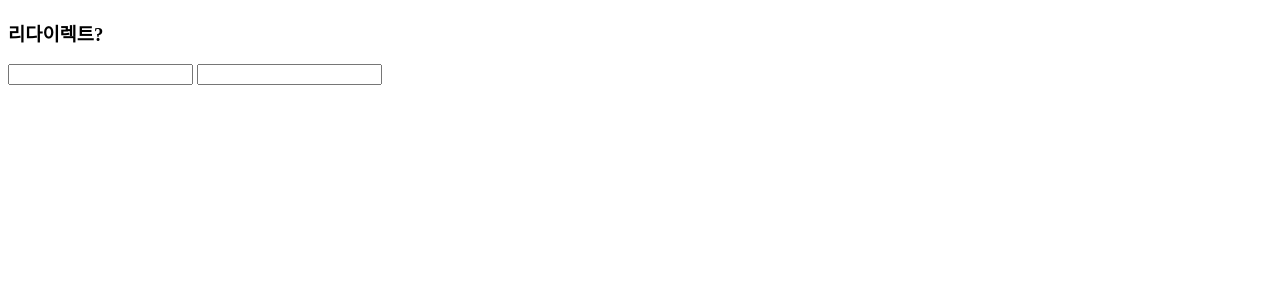
Repository: FORrri/SpringBasic
Page: http://localhost/SpringBasic/response/login
An editor plug-in stored every save of this project. The page is shown before and after the next save, followed by the edit.
The browser window is 1280 px wide. The pictures show the whole page.
The page is served by Tomcat 9. Other server files are loaded and not shown.

Above is the page before, as saved 2024-08-02 03:41:16.

### SpringBasic/src/main/webapp/WEB-INF/views/response/login.jsp
<%@ page language="java" contentType="text/html; charset=UTF-8"
    pageEncoding="UTF-8"%>
<!DOCTYPE html>
<html>
<head>
<meta charset="UTF-8">
<title>Insert title here</title>
</head>
<body>

	<h3>리다이렉트?</h3>

	<form action="loginForm" method="post">
		<input type="text" name="id">
		<input type="password" name="pw">
	</form>

</body>
</html>

After the next save:
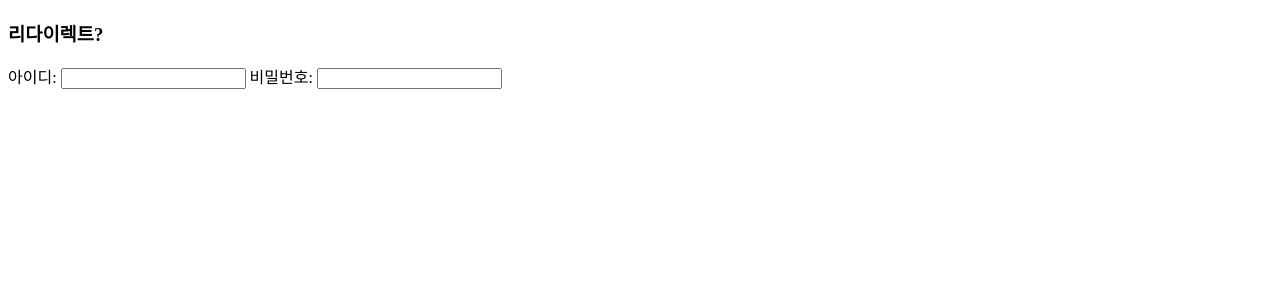
Saved 4 s later.
--- a/SpringBasic/src/main/webapp/WEB-INF/views/response/login.jsp
+++ b/SpringBasic/src/main/webapp/WEB-INF/views/response/login.jsp
@@ -11,8 +11,8 @@
 	<h3>리다이렉트?</h3>
 
 	<form action="loginForm" method="post">
-		<input type="text" name="id">
-		<input type="password" name="pw">
+		아이디: <input type="text" name="id">
+		비밀번호: <input type="password" name="pw">
 	</form>
 
 </body>
